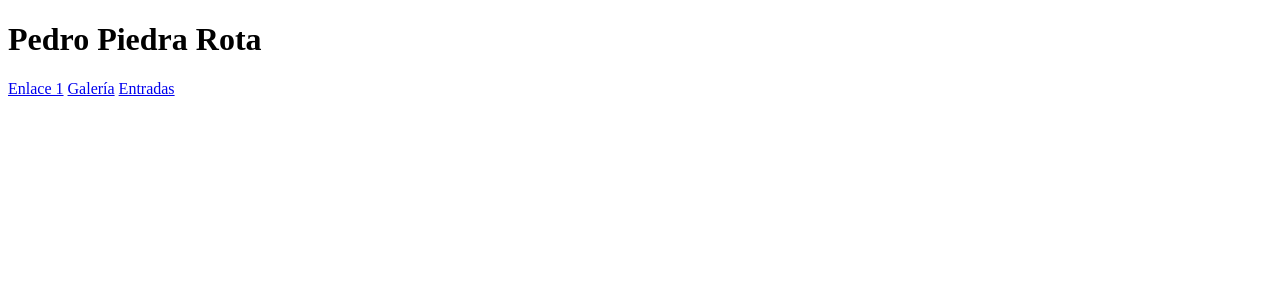
Repository: araque1990/PedroPiedraRota
Page: index.html
The author's editor kept a copy of each file at every save. The page is drawn from the files as they stood at one save, then again after the next save.
The browser window is 1280 px wide. The pictures show the whole page.
The style sheet was rebuilt from its Sass, Less or Tailwind sources for each picture, by a compiler version that may differ from the author's.

Above is the page before, as saved 2023-03-13 16:46:42.

After the next save:
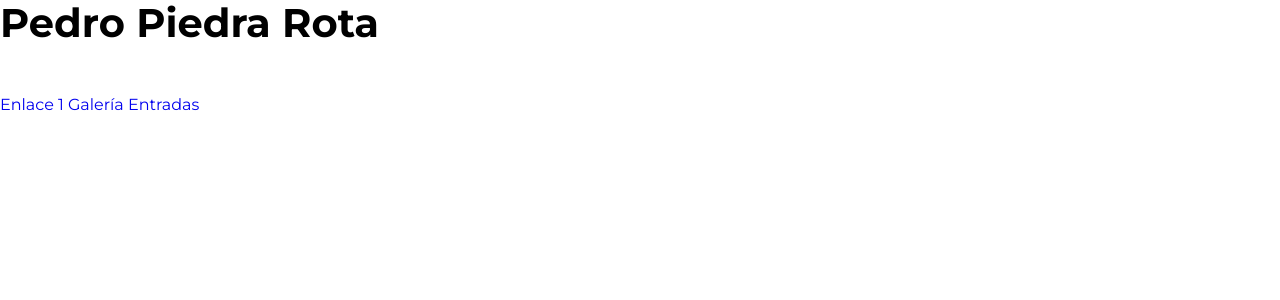
Saved 38 s later.
--- a/src/scss/app.scss
+++ b/src/scss/app.scss
@@ -1 +1,2 @@
-@use 'base/variables';
+@use 'base';
+@use 'layout';
